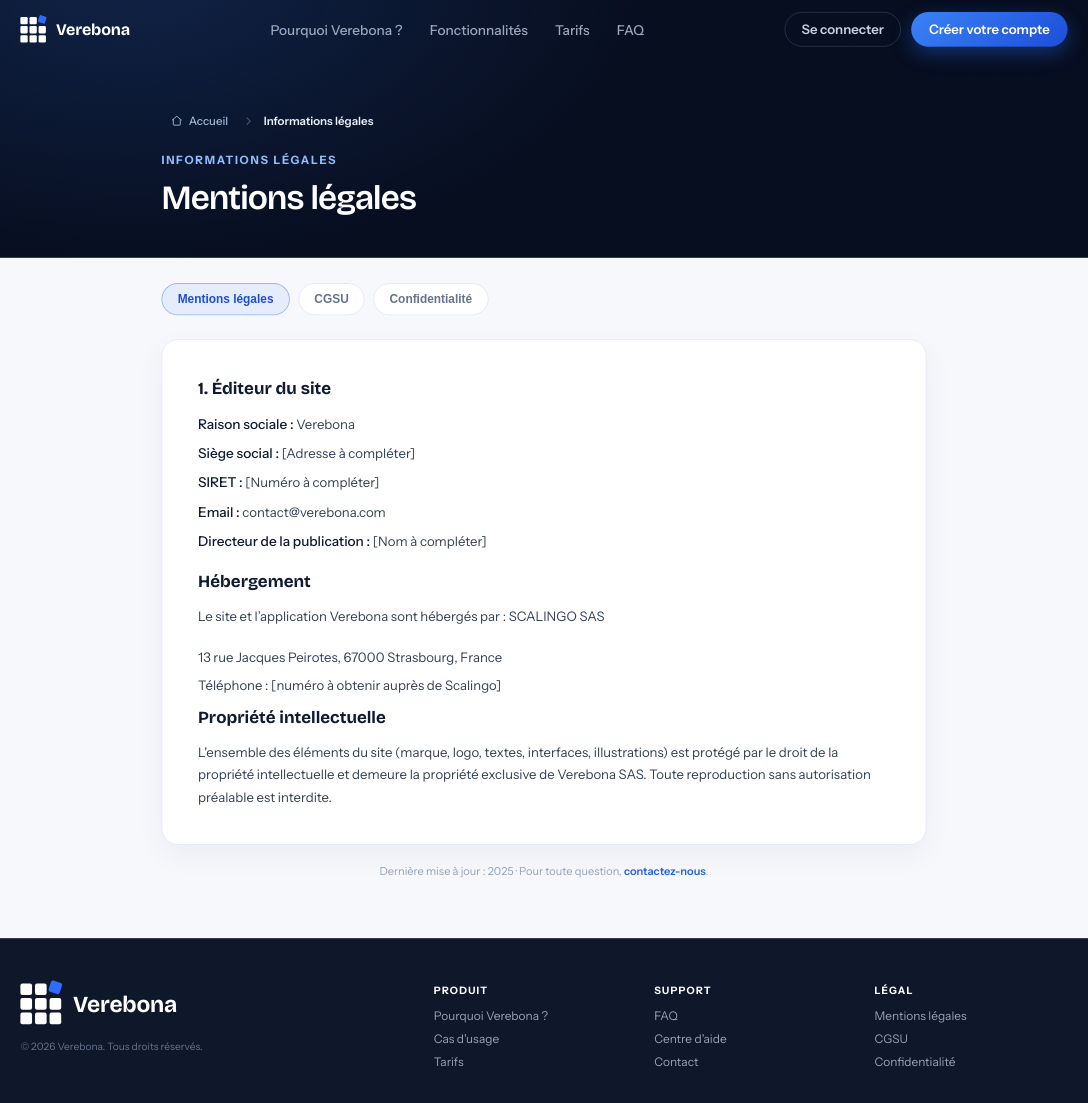
Repository: AdminVerebona/verebona-public
Page: /mentions-legales
An editor plug-in stored every save of this project. The page is shown before and after the next save, followed by the edit.
The browser window is 1280 px wide. The pictures show the whole page, at 85% of full size.
The project was rebuilt for these pictures with package versions that can differ from the ones it lists, and the page was loaded fresh each time. Also part of the build but not shown: next.config.mjs, vite.config.js, vite.config.ts, src/composables/useLanding.ts, src/sections/HeroSection.vue, src/sections/WhySection.vue, src/sections/UseCasesSection.vue, src/sections/FeaturesSection.vue and 6 more.

Above is the page before, as saved 2026-07-10 15:13:19.

After the next save:
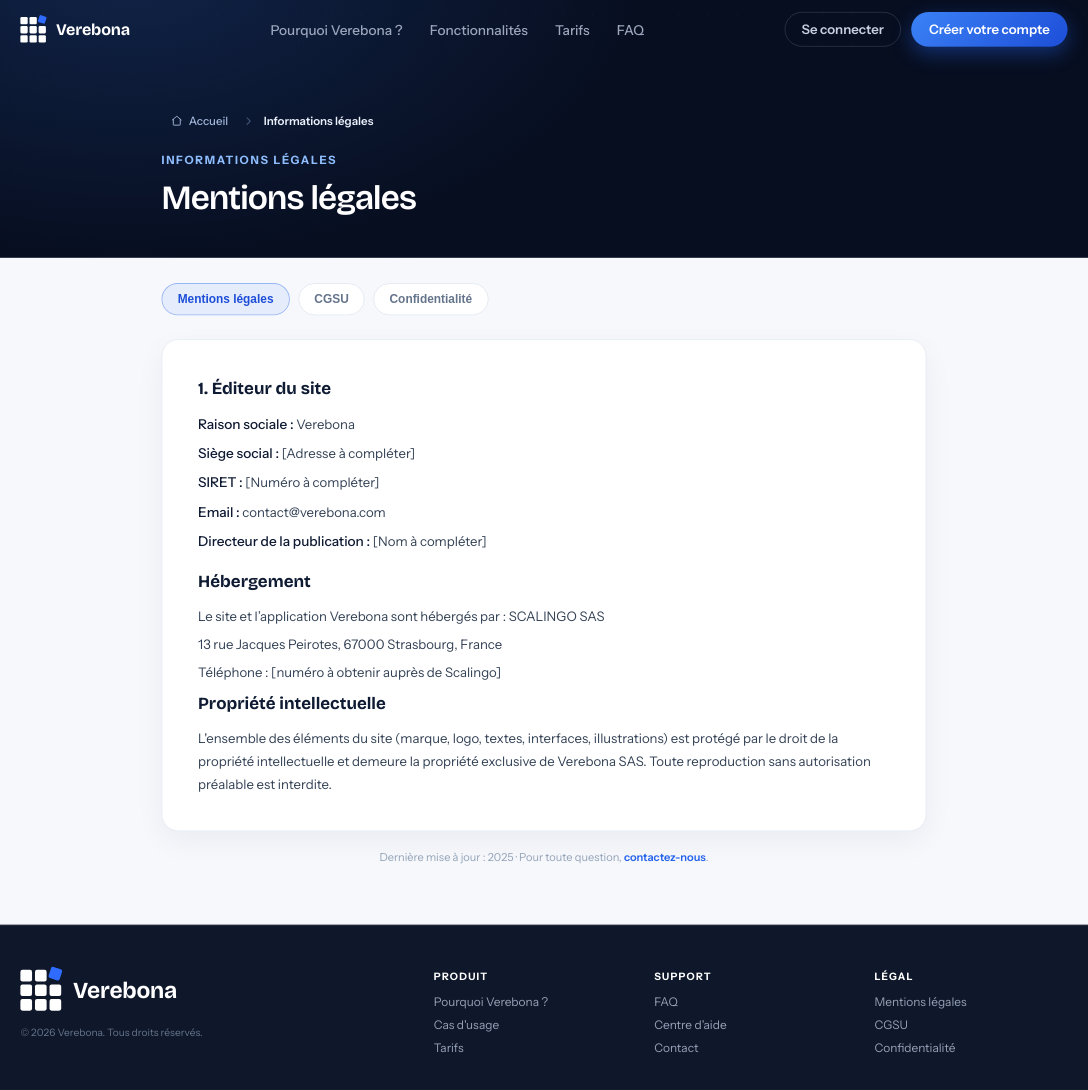
Saved 6 s later.
--- a/src/views/LegalView.vue
+++ b/src/views/LegalView.vue
@@ -24,7 +24,7 @@
           <p style="margin:0 0 6px"><span style="font-size:16px;font-weight:500;color:#0F1B33">Email :</span> contact@verebona.com</p>
           <p style="margin:0 0 16px"><span style="font-size:16px;font-weight:500;color:#0F1B33">Directeur de la publication :</span> [Nom à compléter]</p>
           <h2 style="font-size:20px;font-weight:700;color:#0F1B33;font-family:'Bricolage Grotesque',sans-serif;margin:0 0 10px">Hébergement</h2>
-          <p style="margin:0 0 22px">Le site et l’application Verebona sont hébergés par : SCALINGO SAS</p>
+          <p style="margin:0 0 6px">Le site et l’application Verebona sont hébergés par : SCALINGO SAS</p>
 
 <p style="margin:0 0 6px">13 rue Jacques Peirotes, 67000 Strasbourg, France</p>
 
